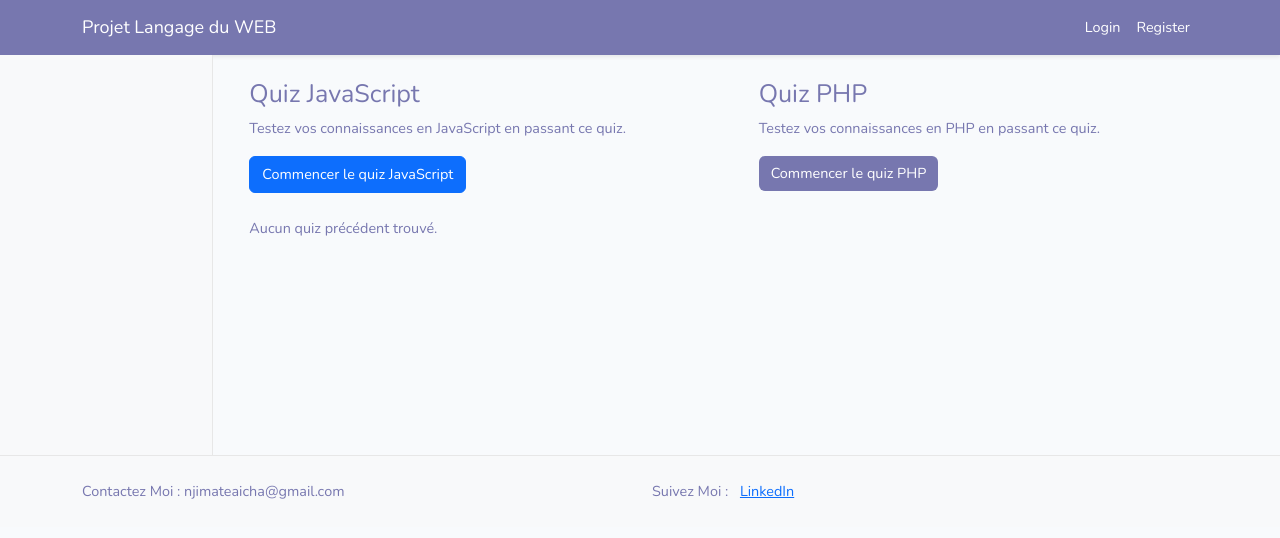
Repository: NjimateAicha/LaravelWeb
Page: http://localhost/Quiz
These files come from the project's save history. The page is drawn as it stood at one moment and after the next save; the edit follows.
The browser window is 1280 px wide. The pictures show the whole page.
Some web libraries are served in a nearby version. The page is served by the project's Laravel application, run on PHP 8.4 with Laravel 9. Other server files are loaded and not shown. Style sheets and scripts are compiled from the project's sources, by tool versions that may differ from the author's. Queries for data that is not in the repository find no rows.

Above is the page before, as saved 2024-05-19 18:21:44.

### routes/web.php
<?php

use App\Http\Controllers\AproposDeMoiController;
use App\Http\Controllers\ChartsController;
use App\Http\Controllers\EtudiantController;
use App\Http\Controllers\formulairesController;
use App\Http\Controllers\ImageController;
use App\Http\Controllers\JsController;
use App\Http\Controllers\MapController;
use App\Http\Controllers\MatriceController;
use App\Http\Controllers\PhpController;
use App\Http\Controllers\ProjetController;
use App\Http\Controllers\QuizController;
use Illuminate\Support\Facades\Auth;
use Illuminate\Support\Facades\Route;

/*
|--------------------------------------------------------------------------
| Web Routes
|--------------------------------------------------------------------------
|
| Here is where you can register web routes for your application. These
| routes are loaded by the RouteServiceProvider within a group which
| contains the "web" middleware group. Now create something great!
|
*/

Route::get('/', function () {
    return view('auth.login');
});


Auth::routes();

Route::get('/home', [App\Http\Controllers\HomeController::class, 'index'])->name('home');

Route::get('/projets', [ProjetController::class, 'index'])->name('projets.index');
Route::get('/aproposDeMoi', [AproposDeMoiController::class, 'index'])->name('aProposDeMoi.index');


/* CRUD Student */
Route::resource('/etudiant' ,EtudiantController::class );
/* CRUD image */
Route::resource('/image' ,ImageController::class );
/* CRUD Maps */
Route::resource('/map' ,MapController::class );
/* CRUD Charts */
Route::resource('/charts' ,ChartsController::class );
/* Matrice */
Route::resource('/matrice' ,MatriceController::class );
/* quiz */
Route::resource('/Quiz' ,QuizController::class );
Route::get('/quiz/javascript', [QuizController::class, 'javascriptQuiz'])->name('quiz.javascript');
Route::post('/quiz/calculateJS', [QuizController::class, 'calculateScoreJS'])->name('quiz.calculateJS');
Route::get('/quiz/php', [QuizController::class, 'phpQuiz'])->name('quiz.php');
Route::post('/quiz/calculatePHP', [QuizController::class, 'calculateScorePHP'])->name('quiz.calculatePHP');

### app/Http/Controllers/QuizController.php
<?php

namespace App\Http\Controllers;

use Illuminate\Support\Facades\Session;
use Illuminate\Http\Request;
use App\Models\Quiz;
use Illuminate\Support\Facades\Auth;

class QuizController extends Controller
{



    public function index()
    {
        $quizzes = Quiz::where('user_id', Auth::id())->get();

         return view('Quiz.index', ['quizzes' => $quizzes]);
    }

    public function javascriptQuiz()
    {
        $questions = [
            [
                'question' => 'Quel est le principal langage de programmation utilisé pour le développement web ?',
                'options' => ['JavaScript', 'Python', 'Java', 'C++'],
                'answer' => 'JavaScript'
            ],
            [
                'question' => 'Quelle méthode est utilisée pour ajouter un élément à la fin d\'un tableau en JavaScript ?',
                'options' => ['push()', 'append()', 'addToEnd()', 'insertAtEnd()'],
                'answer' => 'push()'
            ],
            [
                'question' => 'Quel est le mot-clé utilisé pour déclarer une variable en JavaScript ?',
                'options' => ['var', 'let', 'const', 'tous les choix précédents'],
                'answer' => 'var'
            ],
            [
                'question' => 'Quelle est la fonction utilisée pour convertir une chaîne de caractères en entier en JavaScript ?',
                'options' => ['parseInt()', 'convertToInt()', 'toInteger()', 'stringToInt()'],
                'answer' => 'parseInt()'
            ],
            [
                'question' => 'Quelle est la fonction utilisée pour afficher une boîte de dialogue avec un message en JavaScript ?',
                'options' => ['prompt()', 'messageBox()', 'alert()', 'displayMessage()'],
                'answer' => 'alert()'
            ],
            [
                'question' => 'Comment fait-on une boucle for en JavaScript ?',
                'options' => ['for (condition) { instructions }', 'for (initialisation; condition; itération) { instructions }', 'loop { instructions } while (condition)', 'foreach (élément dans tableau) { instructions }'],
                'answer' => 'for (initialisation; condition; itération) { instructions }'
            ],

        ];
        Session::put('questions', $questions);

        return view('Quiz.js', ['questions' => $questions]);
    }
    public function phpQuiz()
    {
        $questions = [
            [
                'question' => 'Quel est le principal langage de programmation utilisé pour le développement web ?',
                'options' => ['JavaScript', 'Python', 'Java', 'C++'],
                'answer' => 'JavaScript'
            ],
            [
                'question' => 'Quelle méthode est utilisée pour ajouter un élément à la fin d\'un tableau en JavaScript ?',
                'options' => ['push()', 'append()', 'addToEnd()', 'insertAtEnd()'],
                'answer' => 'push()'
            ],
            [
                'question' => 'Quel est le mot-clé utilisé pour déclarer une variable en JavaScript ?',
                'options' => ['var', 'let', 'const', 'tous les choix précédents'],
                'answer' => 'var'
            ],
            [
                'question' => 'Quelle est la fonction utilisée pour convertir une chaîne de caractères en entier en JavaScript ?',
                'options' => ['parseInt()', 'convertToInt()', 'toInteger()', 'stringToInt()'],
                'answer' => 'parseInt()'
            ],
            [
                'question' => 'Quelle est la fonction utilisée pour afficher une boîte de dialogue avec un message en JavaScript ?',
                'options' => ['prompt()', 'messageBox()', 'alert()', 'displayMessage()'],
                'answer' => 'alert()'
            ],
            [
                'question' => 'Comment fait-on une boucle for en JavaScript ?',
                'options' => ['for (condition) { instructions }', 'for (initialisation; condition; itération) { instructions }', 'loop { instructions } while (condition)', 'foreach (élément dans tableau) { instructions }'],
                'answer' => 'for (initialisation; condition; itération) { instructions }'
            ],

        ];
        Session::put('questions', $questions);

        return view('Quiz.php', ['questions' => $questions]);
    }

    public function calculateScoreJS(Request $request)
    {
        // Récupérer les questions depuis la session
        $questions = Session::get('questions');

        $answers = $request->input('answers');
        $score = 0;

        // Calculer la note en comparant les réponses de l'utilisateur avec les réponses correctes
        foreach ($answers as $questionId => $selectedAnswer) {
            // Récupérer la réponse correcte pour la question correspondante
            $correctAnswer = $questions[$questionId]['answer'];

            // Vérifier si la réponse de l'utilisateur est correcte
            if ($selectedAnswer === $correctAnswer) {
                $score++;
            }
        }

        // Enregistrer le score de l'utilisateur dans la base de données
        $quiz = new Quiz();
        $quiz->quiz_type = 'JS';
        $quiz->score = $score;

        // Compter le nombre de fois que l'utilisateur a joué à ce type de quiz
        $playedCount = Quiz::where('quiz_type', 'JS')
                            ->where('user_id', Auth::id())
                            ->count();

        // Incrémenter le nombre de fois joué de 1
        $quiz->played_count = $playedCount + 1;

        $quiz->user_id = Auth::id(); // Récupérer l'ID de l'utilisateur actuellement connecté

        $quiz->save();


        return redirect()->route('Quiz.index');
    }

    public function calculateScorePHP(Request $request)
    {
        // Récupérer les questions depuis la session
        $questions = Session::get('questions');

        $answers = $request->input('answers');
        $score = 0;

        // Calculer la note en comparant les réponses de l'utilisateur avec les réponses correctes
        foreach ($answers as $questionId => $selectedAnswer) {
            // Récupérer la réponse correcte pour la question correspondante
            $correctAnswer = $questions[$questionId]['answer'];

            // Vérifier si la réponse de l'utilisateur est correcte
            if ($selectedAnswer === $correctAnswer) {
                $score++;
            }
        }

        // Enregistrer le score de l'utilisateur dans la base de données
        $quiz = new Quiz();
        $quiz->quiz_type = 'PHP';
        $quiz->score = $score;

        // Compter le nombre de fois que l'utilisateur a joué à ce type de quiz
        $playedCount = Quiz::where('quiz_type', 'PHP')
                            ->where('user_id', Auth::id())
                            ->count();

        // Incrémenter le nombre de fois joué de 1
        $quiz->played_count = $playedCount + 1;

        $quiz->user_id = Auth::id(); // Récupérer l'ID de l'utilisateur actuellement connecté

        $quiz->save();


        return redirect()->route('Quiz.index');
    }

}

### app/Models/Quiz.php
<?php
namespace App\Models;

use Illuminate\Database\Eloquent\Model;

class Quiz extends Model
{
    protected $fillable = [
        'quiz_type', //JS ou PHP
        'score', // Score obtenue
        'played_count',// Pour voir le  nbr de fois joueee
        'user_id',
    ];

    public function user()
    {
        return $this->belongsTo(User::class,'user_id');
    }
}

### resources/views/Quiz/index.blade.php
@extends('layouts.app')

@section('content')
<style>
    p{
        color:#7777af;
    }
    h3{
        color:#7777af;
    }
    .custom-btn {
        color: #fff;
        background-color: #7777af;
        border: none;
    }
    .custom-btn:hover {
        background-color: #555577;
    }
    .card-title {
        color: #7777af;
    }
</style>

<div class="container mt-4"> <!-- Ajout de la classe mt-4 pour un espacement en haut -->
    <div class="row">
        <div class="col-md-6 mb-4"> <!-- Ajout de la classe mb-4 pour un espacement en bas -->
            <div class="input-container" id="quiz1Container">
                <h3>Quiz JavaScript</h3>
                <p>Testez vos connaissances en JavaScript en passant ce quiz.</p>
                <a href="{{ route('quiz.javascript') }}" class="btn btn-primary">Commencer le quiz JavaScript</a>
            </div>
        </div>
        <div class="col-md-6 mb-4"> <!-- Ajout de la classe mb-4 pour un espacement en bas -->
            <div class="input-container" id="quiz2Container">
                <h3>Quiz PHP</h3>
                <p>Testez vos connaissances en PHP en passant ce quiz.</p>
                <a href="{{ route('quiz.php') }}" class="btn custom-btn ">Commencer le quiz PHP</a>
            </div>
        </div>
    </div>
</div>

<div class="container">
    @if($quizzes->isNotEmpty())
        <h2 class="mt-4">Détails des quiz précédents :</h2> <!-- Ajout de la classe mt-4 pour un espacement en haut -->
        <table class="table table-striped">
            <thead>
                <tr>
                    <th>Type de quiz</th>
                    <th>Score</th>
                    <th>Nombre de fois joué</th>
                </tr>
            </thead>
            <tbody>
                @foreach ($quizzes as $quiz)
                    <tr>
                        <td>{{ $quiz->quiz_type }}</td>
                        <td>{{ $quiz->score }}</td>
                        <td>{{ $quiz->played_count }}</td>
                    </tr>
                @endforeach
            </tbody>
        </table>
    @else
        <p>Aucun quiz précédent trouvé.</p>
    @endif
</div>

@endsection

### resources/views/layouts/app.blade.php
<!doctype html>
<html lang="{{ str_replace('_', '-', app()->getLocale()) }}">

<head>
    <meta charset="utf-8">
    <meta name="viewport" content="width=device-width, initial-scale=1">

    <!-- CSRF Token -->
    <meta name="csrf-token" content="{{ csrf_token() }}">

    <title>{{ config('app.name', 'Aicha\'s Portfolio') }}</title>

    <!-- Fonts -->
    <link rel="dns-prefetch" href="//fonts.bunny.net">
    <link href="https://fonts.bunny.net/css?family=Nunito" rel="stylesheet">

    <!-- Styles -->
    <link rel="stylesheet" href="https://maxcdn.bootstrapcdn.com/bootstrap/4.5.2/css/bootstrap.min.css">
    <style>

        body {
            font-family: 'Nunito', sans-serif;
        }
        .navbar {
            background-color: #7777af;
        }
        .navbar-brand, .navbar-nav .nav-link {
            color: white !important;
        }
        .sidebar {
            background-color: #f8f9fa;
            border-right: 1px solid #e7e7e7;
        }
        .sidebar .nav-link {
            color: #7777af;
        }
        .sidebar .nav-link:hover {
            color: #7777af;
        }
        .font-weight-bold {
            font-weight: bold !important;
        }
        footer {
            background-color: #f8f9fa;
            border-top: 1px solid #e7e7e7;
            padding: 10px 0;
        }
        footer p {
            margin: 0;
        }
    </style>
    <!-- Scripts -->
    @vite(['resources/sass/app.scss', 'resources/js/app.js'])
</head>

<body>
    <div id="app">
        <nav class="navbar navbar-expand-md navbar-light shadow-sm">
            <div class="container">
                <a class="navbar-brand" href="{{ url('/') }}">
                    Projet Langage du WEB
                </a>
                <button class="navbar-toggler" type="button" data-toggle="collapse" data-target="#navbarSupportedContent" aria-controls="navbarSupportedContent" aria-expanded="false" aria-label="{{ __('Toggle navigation') }}">
                    <span class="navbar-toggler-icon"></span>
                </button>

                <div class="collapse navbar-collapse" id="navbarSupportedContent">
                    <!-- Left Side Of Navbar -->
                    <ul class="navbar-nav me-auto"></ul>

                    <!-- Right Side Of Navbar -->
                    <ul class="navbar-nav ms-auto">
                        <!-- Authentication Links -->
                        @guest
                            @if (Route::has('login'))
                                <li class="nav-item">
                                    <a class="nav-link" href="{{ route('login') }}">{{ __('Login') }}</a>
                                </li>
                            @endif

                            @if (Route::has('register'))
                                <li class="nav-item">
                                    <a class="nav-link" href="{{ route('register') }}">{{ __('Register') }}</a>
                                </li>
                            @endif
                        @else
                            <li class="nav-item dropdown">
                                <a id="navbarDropdown" class="nav-link dropdown-toggle" href="#" role="button" data-toggle="dropdown" aria-haspopup="true" aria-expanded="false" v-pre>
                                    {{ Auth::user()->name }}
                                </a>

                                <div class="dropdown-menu dropdown-menu-right" aria-labelledby="navbarDropdown">
                                    <a class="dropdown-item" href="{{ route('logout') }}"
                                       onclick="event.preventDefault();
                                                     document.getElementById('logout-form').submit();">
                                        {{ __('Logout') }}
                                    </a>

                                    <form id="logout-form" action="{{ route('logout') }}" method="POST" class="d-none">
                                        @csrf
                                    </form>
                                </div>
                            </li>
                        @endguest
                    </ul>
                </div>
            </div>
        </nav>

        <div class="container-fluid">
            <div class="row">
                <nav class="col-md-2 d-none d-md-block sidebar">
                    <div class="position-sticky pt-3" style="height: 400px">
                        <ul class="nav flex-column">
                            @auth
                                <li class="nav-item">
                                    <a class="nav-link active font-weight-bold" aria-current="page" href="{{ route('aProposDeMoi.index') }}">À propos de moi</a>
                                </li>
                                <li class="nav-item">
                                    <a class="nav-link font-weight-bold" href="{{ route('projets.index') }}">Mes Projets</a>
                                </li>
                            @endauth
                        </ul>
                    </div>
                </nav>
                <main class="col-md-9 ms-sm-auto col-lg-10 px-md-4">
                    @yield('content')
                </main>
            </div>
        </div>

        <footer class="bg-light py-4">
            <div class="container">
                <div class="row justify-content-between">
                    <div class="col-md-6">
                        <p class="d-inline">Contactez Moi : <span style="color: #7777af;">njimateaicha@gmail.com</span></p>
                    </div>
                    <div class="col-md-6">
                        <p class="d-inline-block me-2 mb-0">Suivez Moi :</p>
                        <a href="https://www.linkedin.com/" class="text-blue-500 hover:text-7777af-700 d-inline-block" target="_blank">LinkedIn</a>
                    </div>
                </div>
            </div>
        </footer>
    </div>

    <!-- Bootstrap JS and dependencies -->
    <script src="https://code.jquery.com/jquery-3.5.1.slim.min.js"></script>
    <script src="https://cdn.jsdelivr.net/npm/@popperjs/core@2.5.4/dist/umd/popper.min.js"></script>
    <script src="https://maxcdn.bootstrapcdn.com/bootstrap/4.5.2/js/bootstrap.min.js"></script>
</body>

</html>

Loaded but not shown: app/Http/Controllers/Auth/ConfirmPasswordController.php (common file); app/Http/Controllers/Controller.php (common file); resources/sass/app.scss (common file); resources/sass/_variables.scss (common file)

After the next save:
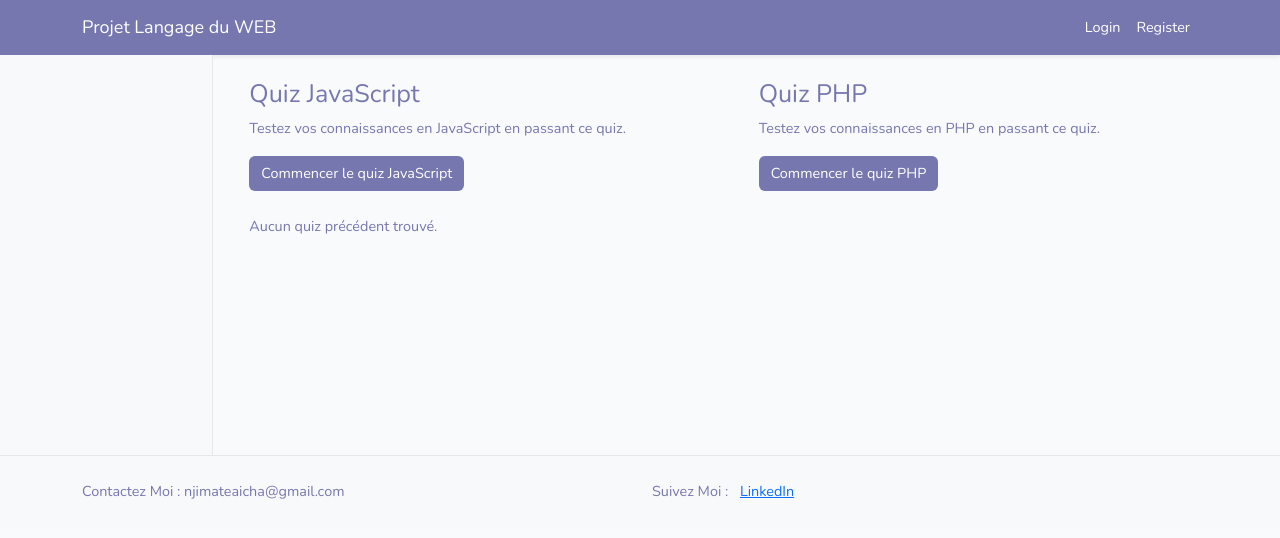
Saved 5 s later.
--- a/resources/views/Quiz/index.blade.php
+++ b/resources/views/Quiz/index.blade.php
@@ -27,7 +27,7 @@
             <div class="input-container" id="quiz1Container">
                 <h3>Quiz JavaScript</h3>
                 <p>Testez vos connaissances en JavaScript en passant ce quiz.</p>
-                <a href="{{ route('quiz.javascript') }}" class="btn btn-primary">Commencer le quiz JavaScript</a>
+                <a href="{{ route('quiz.javascript') }}" class="btn custom-btn ">Commencer le quiz JavaScript</a>
             </div>
         </div>
         <div class="col-md-6 mb-4"> <!-- Ajout de la classe mb-4 pour un espacement en bas -->
